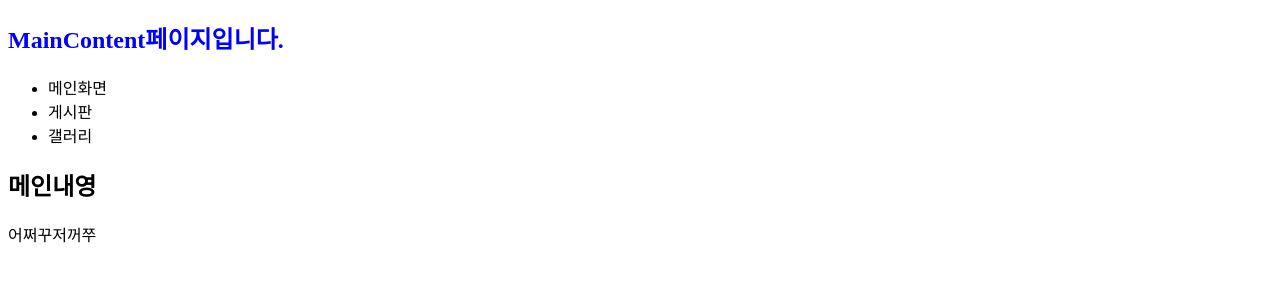
Repository: yongmin0309/mybatis1
Page: http://localhost/eL_JSTL/views/content.jsp
An editor plug-in stored every save of this project. The page is shown before and after the next save, followed by the edit.
The browser window is 1280 px wide. The pictures show the whole page.
The page is served by Tomcat 9. Other server files are loaded and not shown.

Above is the page before, as saved 2024-04-20 05:36:15.

### work/eL_JSTL/src/main/webapp/views/content.jsp
<%@ page language="java" contentType="text/html; charset=UTF-8"
    pageEncoding="UTF-8"%>
<jsp:include page="/views/common/header.jsp">
	<jsp:param name="title" value="MainContent"/>
	<jsp:param name="style" value="color:blue"/>
</jsp:include>
	<h2>메인내영</h2>
	<p>어쩌꾸저꺼쭈</p>
</body>
</html>

### work/eL_JSTL/src/main/webapp/views/common/header.jsp
<%@ page language="java" contentType="text/html; charset=UTF-8"
    pageEncoding="UTF-8"%>
<%
	String name="안녕";
%>
<!DOCTYPE html>
<html>
<head>
<meta charset="UTF-8">
<title>근명고등학교</title>
</head>
<body>
	<h2 style="${param.style}">${param.title}페이지입니다.</h2>
	<ul>
		<li>메인화면</li>
		<li>게시판</li>
		<li>갤러리</li>
	</ul>

After the next save:
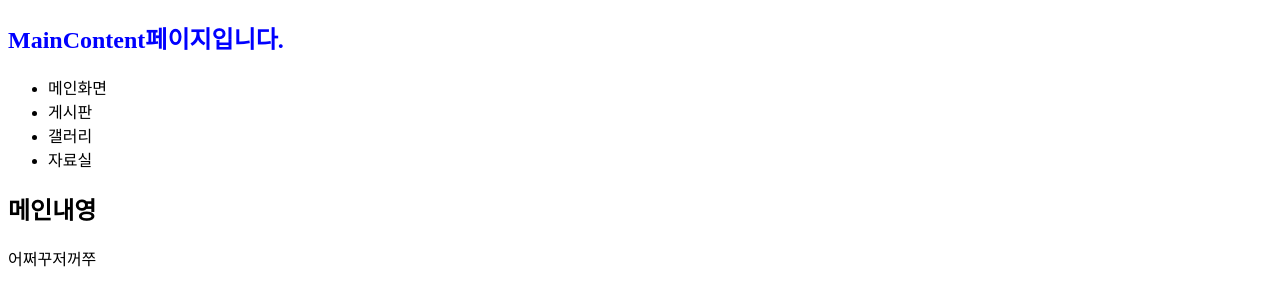
Saved 48 s later.
--- a/work/eL_JSTL/src/main/webapp/views/common/header.jsp
+++ b/work/eL_JSTL/src/main/webapp/views/common/header.jsp
@@ -15,4 +15,5 @@
 		<li>메인화면</li>
 		<li>게시판</li>
 		<li>갤러리</li>
+		<li>자료실</li>
 	</ul>
